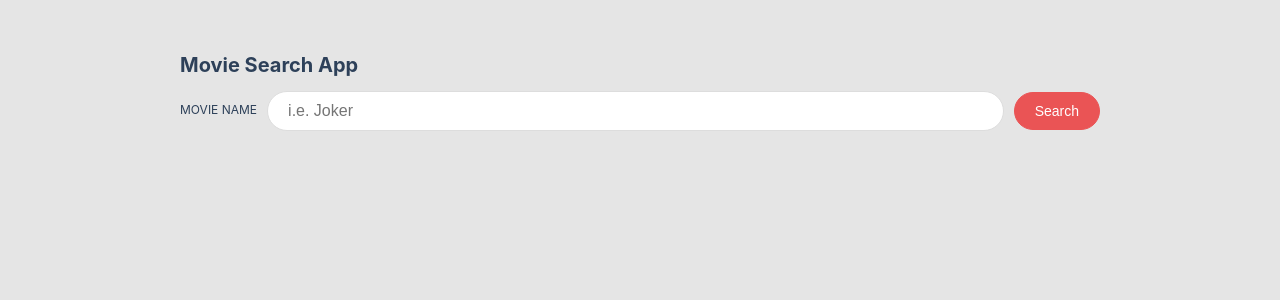
Repository: alialshara94/Movies-Search-React
Page: /
An editor plug-in stored every save of this project. The page is shown before and after the next save, followed by the edit.
The browser window is 1280 px wide. The pictures show the whole page.
The pointer rests on the first visible `.button`.
The project was rebuilt for these pictures with package versions that can differ from the ones it lists, and the page was loaded fresh each time.

Above is the page before, as saved 2020-10-22 01:08:07.

After the next save:
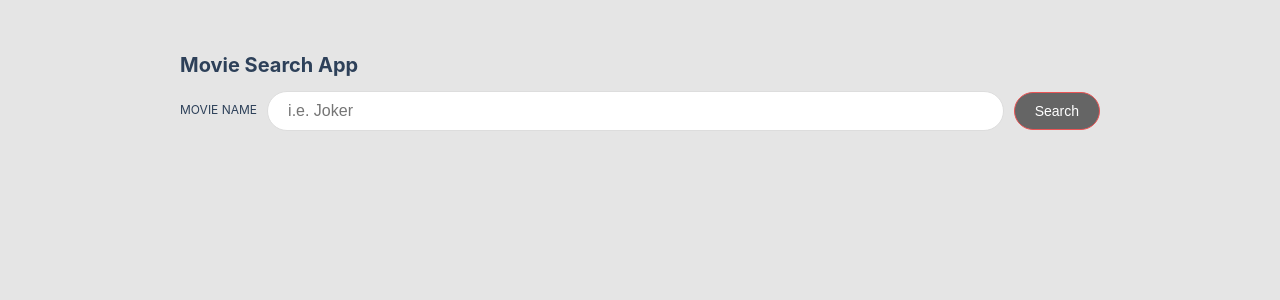
Saved 21 s later.
--- a/src/App.css
+++ b/src/App.css
@@ -63,7 +63,7 @@ small {
 }
 
 .button:hover {
-  background-color: #ea5455;
+  background-color: rgba(84, 84, 84, 0.877);
 }
 
 @media (min-width:786px){
